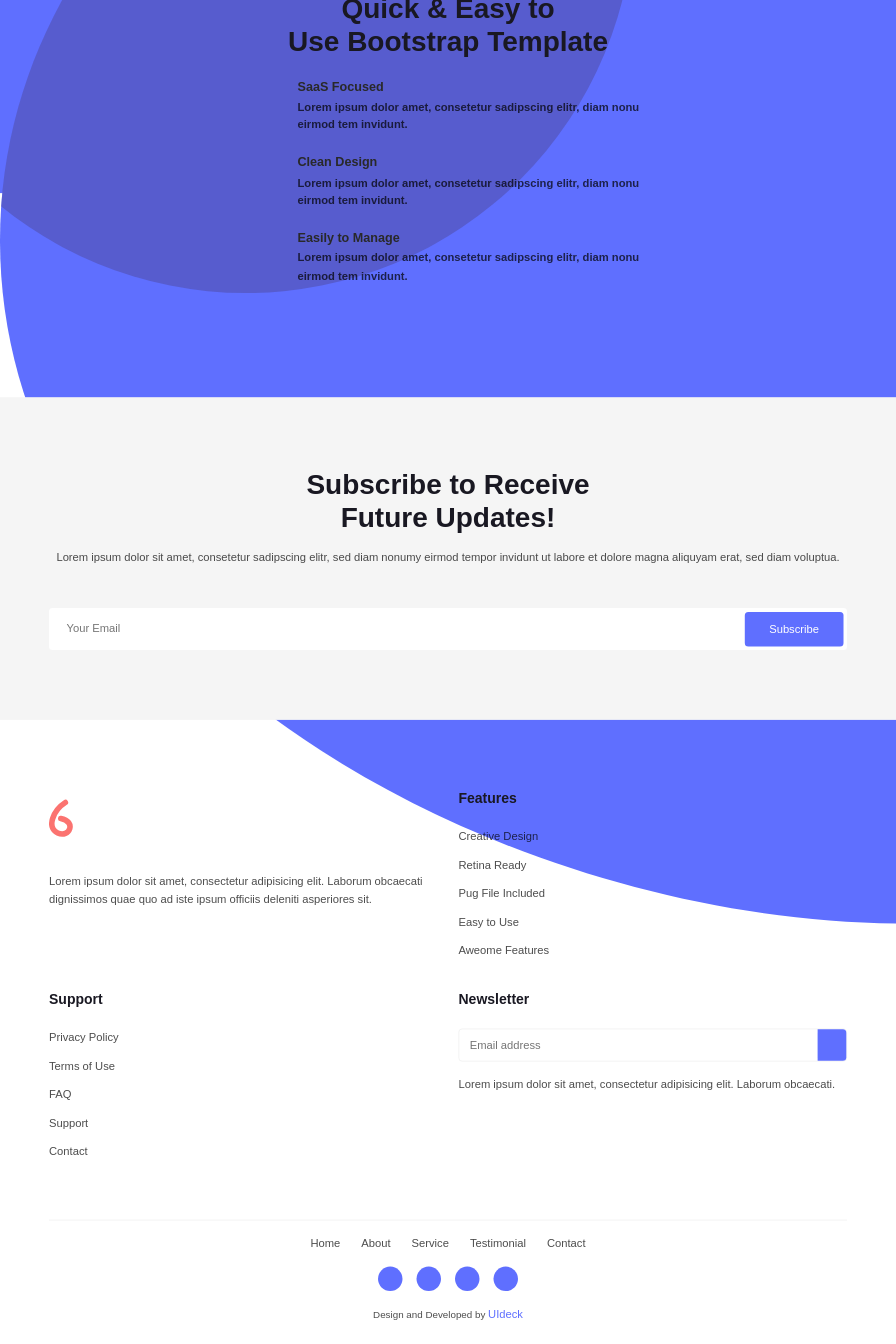
Repository: Denis793/blaze
Page: /
The author's editor kept a copy of each file at every save. The page is drawn from the files as they stood at one save, then again after the next save.
The browser window is 1280 px wide. The pictures show the part of the page from y = 4008 to 5928 px (the page is 5928 px tall before and 5873 px after), at 70% of full size.
The project was rebuilt for these pictures with package versions that can differ from the ones it lists, and the page was loaded fresh each time. Also part of the build but not shown: vite.config.js.

Above is the page before, as saved 2025-10-14 19:08:05.

### index.html
<!doctype html>
<html lang="en">
  <head>
    <meta charset="UTF-8" />
    <link rel="icon" type="image/svg+xml" href="/vite.svg" />
    <meta name="viewport" content="width=device-width, initial-scale=1.0" />
    <title>blaze</title>
  </head>
  <body>
    <div id="root"></div>
    <script type="module" src="/src/main.jsx"></script>
  </body>
</html>

### src/main.jsx
import { StrictMode } from 'react';
import { createRoot } from 'react-dom/client';
import App from './App.jsx';
import '@/shared/styles/main.scss';

createRoot(document.getElementById('root')).render(
  <StrictMode>
    <App />
  </StrictMode>
);

### src/App.jsx
import React, { useState, useEffect } from 'react';
import { Header } from '@/layout/Header';
import { Hero } from '@/widgets/Hero';
import { Brands } from '@/widgets/Brands';
import { Features } from '@/widgets/Features';
import { Newsletter } from '@/widgets/Newsletter';
import { Footer } from '@/layout/Footer';
import { Preloader } from '@/shared/ui/Preloader';

const App = () => {
  const [loading, setLoading] = useState(true);

  useEffect(() => {
    const timer = setTimeout(() => {
      setLoading(false);
    }, 1000);
    return () => clearTimeout(timer);
  }, []);

  return (
    <>
      {loading && <Preloader />}

      <Header />
      <main>
        <Hero />
        <Brands />
        <Features />
        <Newsletter />
      </main>
      <Footer />

      <a href="#home" className="scroll-top btn-hover">
        <i className="lni lni-chevron-up"></i>
      </a>
    </>
  );
};

export default App;

### src/shared/styles/main.scss
@use 'variables' as *;
@use 'common' as *;

### src/shared/styles/_variables.scss
:root {
  /* COLORS */
  --primary-color: #5f6fff;
  --heading-color: #ffffff;
  --title-color: #161616;
  --body-color: rgba(0, 0, 0, 0.7);
  --light-bg: #f5f5f5;
  --border-color: #eee;
  --link-hover-color: var(--primary-color);

  /* FONTS */
  --font-family-base: 'Sen', sans-serif;
  --font-weight-normal: 400;
  --font-weight-bold: 700;
  --font-weight-extra-bold: 800;

  /* SPACING */
  --spacer-md: 1rem;
  --section-padding-y: 12rem; /* 120px */

  /* FONT SIZES */
  --fs-body: 1.6rem; /* 16px */
  --fs-a: 1.6rem; /* 16px */
  --fs-p: 1.6rem; /* 16px */
  --fs-h1: 5rem; /* 50px */
  --fs-h2: 4rem; /* 40px - зменшено з 4.5rem (45px) для типографічної консистентності */
  --fs-h3: 2.8rem; /* 28px */
  --fs-h4: 1.8rem; /* 18px */

  /* HEADING COLORS */
  --color-h1: #191822; /* Виправлено на основі main.css */
  --color-h2: #191822;
  --color-h3: #191822;
  --color-h4: #292929;

  --color-description: rgba(0, 0, 0, 0.7); /* Використовуємо body-color */
}

$breakpoint-s: 76.8rem;
$breakpoint-m: 99.2rem;
$breakpoint-l: 120rem;
$breakpoint-xl: 140rem;

### src/shared/styles/_common.scss
@use 'variables' as *;

html {
  scroll-behavior: smooth;
  font-size: 62.5%;
}

body {
  font-family: var(--font-family-base);
  font-weight: var(--font-weight-normal);
  font-style: normal;
  font-size: var(--fs-body);
  color: var(--body-color);
  overflow-x: hidden;
  line-height: 1.6;
}

*,
*::before,
*::after {
  margin: 0;
  padding: 0;
  box-sizing: border-box;
}

a {
  font-size: var(--fs-a);
  color: var(--body-color);
}

a,
a:focus,
a:hover {
  text-decoration: none;
  transition: all 0.3s ease-out 0s;
}

a:hover {
  color: var(--link-hover-color);
}

h1,
h2,
h3,
h4 {
  font-family: var(--font-family-base);
  line-height: 1.2;
}

h1 {
  font-size: var(--fs-h1);
  color: var(--color-h1);
}

h2 {
  font-size: var(--fs-h2);
  font-weight: var(--font-weight-extra-bold);
  color: var(--color-h2);
  margin-bottom: 1rem;
}

h3 {
  font-size: var(--fs-h3);
  color: var(--color-h3);
}

h4 {
  font-size: var(--fs-h4);
  color: var(--color-h4);
}

p {
  font-size: var(--fs-p);
  color: var(--color-description);
  line-height: 1.6;
}

.color1 {
  background-color: #5f6fff;
}
.color2 {
  background-color: #38bdf8;
}
.color3 {
  background-color: #10b981;
}

.container {
  max-width: 117rem;
  width: 100%;
  margin: 0 auto;
  padding: 0 1.5rem;
}

### src/layout/Header/Header.jsx
import { useState } from 'react';
import { Logo } from '@/shared/ui/Logo';
import { Button } from '@/shared/ui/Button';
import { NavLink } from '@/shared/ui/NavLink';
import styles from './Header.module.scss';

const navItems = [
  { href: '#home', label: 'Home', isActive: true },
  { href: '#features', label: 'Features' },
  { href: '#0', label: 'Team' },
  { href: '#0', label: 'Testimonial' },
  { href: '#0', label: 'Pricing' },
];

export const Header = () => {
  const [isMenuOpen, setIsMenuOpen] = useState(false);

  const toggleMenu = () => {
    setIsMenuOpen(!isMenuOpen);
  };

  return (
    <header className={styles.header}>
      <div className={styles.navbarArea}>
        <div className="container">
          <nav className={styles.navbar}>
            <Logo href="index.html" />

            <button className={styles.toggler} onClick={toggleMenu} aria-label="Toggle navigation">
              <span className={styles.togglerIcon}></span>
              <span className={styles.togglerIcon}></span>
              <span className={styles.togglerIcon}></span>
            </button>

            <div className={`${styles.menuBar} ${isMenuOpen ? styles.open : ''}`}>
              <ul className={styles.navbarNav}>
                {navItems.map((item) => (
                  <li key={item.label} className={styles.navItem}>
                    <NavLink href={item.href} isActive={item.isActive}>
                      {item.label}
                    </NavLink>
                  </li>
                ))}
              </ul>
            </div>

            <div className={styles.headerBtn}>
              <Button href="#0" variant="primary" className={styles.headerButton}>
                Download
              </Button>
            </div>
          </nav>
        </div>
      </div>
    </header>
  );
};

### src/widgets/Hero/Hero.jsx
import { Button } from '@/shared/ui/Button';
import heroImg from '@/assets/images/hero/hero-image.svg';
import styles from './Hero.module.scss';

export const Hero = () => {
  return (
    <section id="home" className={styles.heroSection}>
      <div className="container">
        <div className={styles.heroGrid}>
          <div className={styles.heroContent}>
            <h1>
              You are using free lite version of <span>Blaze</span>
            </h1>
            <p>
              Please, purchase full version of the template to get all sections, elements and permission to remove
              footer credits.
            </p>
            <Button href="#0" variant="primary" className="btn-hover">
              Buy Now
            </Button>
          </div>
          <div className={styles.heroImage}>
            <img src={heroImg} alt="Hero Illustration" />
          </div>
        </div>
      </div>
    </section>
  );
};

### src/widgets/Brands/Brands.jsx
import BrandGrays from '@/assets/images/brands/graygrids.svg';
import BrandLine from '@/assets/images/brands/lineicons.svg';
import BrandUiDeck from '@/assets/images/brands/uideck.svg';
import BrandPageBulb from '@/assets/images/brands/pagebulb.svg';
import styles from './Brands.module.scss';

const brandsList = [
  { src: BrandGrays, alt: 'GrayGrids Logo' },
  { src: BrandLine, alt: 'LineIcons Logo' },
  { src: BrandUiDeck, alt: 'UiDeck Logo' },
  { src: BrandPageBulb, alt: 'PageBulb Logo' },
];

export const Brands = () => {
  return (
    <section className={styles.brandsSection}>
      <div className="container">
        <div className={styles.brandsGrid}>
          {brandsList.map((brand, index) => (
            <div key={index} className={styles.singleBrands}>
              <img src={brand.src} alt={brand.alt} />
            </div>
          ))}
        </div>
      </div>
    </section>
  );
};

### src/widgets/Newsletter/Newsletter.jsx
import styles from './Newsletter.module.scss';
import { Button } from '@/shared/ui/Button';

export const Newsletter = () => {
  return (
    <section id="newsletter" className={styles.newsletterSection}>
      <div className="container">
        <div className={styles.newsletterInner}>
          <div className={styles.contentWrapper}>
            <h2>
              Subscribe to Receive <span className={styles.desktopBr}>Future Updates!</span>
            </h2>
            <p>
              Lorem ipsum dolor sit amet, consetetur sadipscing elitr, sed diam nonumy eirmod tempor invidunt ut labore
              et dolore magna aliquyam erat, sed diam voluptua.
            </p>
          </div>
          <div className={styles.formWrapper}>
            <form action="#" method="POST" className={styles.newsletterForm}>
              <input type="email" placeholder="Your Email" required />
              <Button type="submit" variant="primary" className={styles.submitBtn}>
                Subscribe
              </Button>
            </form>
          </div>
        </div>
      </div>
    </section>
  );
};

### src/layout/Footer/Footer.jsx
import styles from './Footer.module.scss';
import { Logo } from '@/shared/ui/Logo';
import { Button } from '@/shared/ui/Button';

const menuItems = [
  { href: '#0', label: 'Home' },
  { href: '#0', label: 'About' },
  { href: '#0', label: 'Service' },
  { href: '#0', label: 'Testimonial' },
  { href: '#0', label: 'Contact' },
];

const socialLinks = [
  { icon: 'lni-facebook-filled', href: '#0' },
  { icon: 'lni-linkedin-original', href: '#0' },
  { icon: 'lni-instagram-filled', href: '#0' },
  { icon: 'lni-twitter-filled', href: '#0' },
];

export const Footer = () => {
  return (
    <footer className={styles.footer}>
      <div className="container">
        <div className={styles.footerTop}>
          <div className={styles.footerWidget}>
            <div className={styles.footerLogo}>
              <Logo href="#0" />
            </div>
            <p className={styles.text}>
              Lorem ipsum dolor sit amet, consectetur adipisicing elit. Laborum obcaecati dignissimos quae quo ad iste
              ipsum officiis deleniti asperiores sit.
            </p>
          </div>

          <div className={styles.footerWidget}>
            <h4 className={styles.widgetTitle}>Features</h4>
            <ul className={styles.widgetLinks}>
              <li>
                <a href="#0">Creative Design</a>
              </li>
              <li>
                <a href="#0">Retina Ready</a>
              </li>
              <li>
                <a href="#0">Pug File Included</a>
              </li>
              <li>
                <a href="#0">Easy to Use</a>
              </li>
              <li>
                <a href="#0">Aweome Features</a>
              </li>
            </ul>
          </div>

          <div className={styles.footerWidget}>
            <h4 className={styles.widgetTitle}>Support</h4>
            <ul className={styles.widgetLinks}>
              <li>
                <a href="#0">Privacy Policy</a>
              </li>
              <li>
                <a href="#0">Terms of Use</a>
              </li>
              <li>
                <a href="#0">FAQ</a>
              </li>
              <li>
                <a href="#0">Support</a>
              </li>
              <li>
                <a href="#0">Contact</a>
              </li>
            </ul>
          </div>

          <div className={styles.footerWidget}>
            <h4 className={styles.widgetTitle}>Newsletter</h4>
            <div className={styles.newsletterFormWrapper}>
              <form action="#" method="POST" className={styles.newsletterForm}>
                <input type="email" placeholder="Email address" required />
                <Button type="submit" variant="primary" className={styles.submitBtn}>
                  <i className="lni lni-chevron-right"></i>
                </Button>
              </form>
            </div>
            <p className={styles.text}>Lorem ipsum dolor sit amet, consectetur adipisicing elit. Laborum obcaecati.</p>
          </div>
        </div>

        <div className={styles.footerBottom}>
          <div className={styles.footerMenu}>
            <ul>
              {menuItems.map((item) => (
                <li key={item.label}>
                  <a href={item.href}>{item.label}</a>
                </li>
              ))}
            </ul>
          </div>
          <div className={styles.footerSocial}>
            <ul>
              {socialLinks.map((link) => (
                <li key={link.icon}>
                  <a href={link.href}>
                    <i className={`lni ${link.icon}`}></i>
                  </a>
                </li>
              ))}
            </ul>
          </div>
        </div>

        {/* Copyright */}
        <div className={styles.copyrightArea}>
          <p className={styles.copyrightText}>
            Design and Developed by{' '}
            <a href="https://uideck.com" rel="nofollow noopener" target="_blank">
              UIdeck
            </a>
          </p>
        </div>
      </div>

      {/* Scroll Top Button */}
      <a href="#top" className={styles.scrollTop}>
        <i className="lni lni-chevron-up"></i>
      </a>
    </footer>
  );
};

### src/shared/ui/Preloader/Preloader.jsx
import classNames from 'classnames';
import styles from './Preloader.module.scss';

export const Preloader = ({ isLoading }) => {
  const preloaderClasses = classNames(styles.preloader, {
    [styles.hide]: !isLoading,
  });

  return (
    <div id="preloader" className={preloaderClasses}>
      <div className={styles.loader}>
        <span></span>
        <span></span>
        <span></span>
        <span></span>
        <span></span>
        <span></span>
      </div>
    </div>
  );
};

### src/layout/Header/Header.module.scss
@use '@/shared/styles/variables' as *;

.header {
  position: absolute;
  top: 0;
  left: 0;
  width: 100%;
  z-index: 99;
}

.navbarArea {
  padding: 1.5rem 0;
}

.navbar {
  display: flex;
  align-items: center;
  justify-content: space-between;
  position: relative;
  min-height: 8rem;
}

.toggler {
  display: none;
  background: none;
  border: none;
  cursor: pointer;
  padding: 0;
  z-index: 10;

  @media (max-width: $breakpoint-m) {
    display: block;
  }
}

.togglerIcon {
  display: block;
  width: 2.5rem;
  height: 0.2rem;
  background-color: var(--color-h2);
  margin: 0.5rem 0;
  transition: all 0.3s ease-in-out;
}

.menuBar {
  display: flex;
  flex-grow: 1;
  justify-content: flex-end;
  align-items: center;

  @media (max-width: $breakpoint-m) {
    display: none;
    position: absolute;
    top: 100%;
    left: 0;
    width: 100%;
    background-color: white;
    box-shadow: 0 0.5rem 1.5rem rgba(0, 0, 0, 0.1);
    padding: 1rem 0;
  }
}

.menuBar.open {
  display: block;
}

.navbarNav {
  display: flex;
  list-style: none;
  margin-right: 3rem;

  @media (max-width: $breakpoint-m) {
    flex-direction: column;
    padding: 1rem 3rem;
  }
}

.navItem {
  margin: 0 1.5rem;

  @media (max-width: $breakpoint-m) {
    margin: 0;
    a {
      padding: 1rem 0;
    }
  }
}

.headerBtn {
  margin-left: 2rem;

  @media (max-width: $breakpoint-m) {
    display: none;
  }
}

### src/widgets/Hero/Hero.module.scss
@use '@/shared/styles/variables' as *;

.heroSection {
  padding-top: 18rem;
  padding-bottom: 12rem;
}

.heroGrid {
  display: grid;
  grid-template-columns: minmax(auto, 50rem) 1fr;
  gap: 3rem;
  align-items: center;

  @media (max-width: $breakpoint-l) {
    grid-template-columns: 1fr 1fr;
  }

  @media (max-width: $breakpoint-m) {
    grid-template-columns: 1fr;
    text-align: center;
  }
}

.heroContent {
  h1 {
    font-size: 5rem;
    margin-bottom: 2rem;
    line-height: 1.2;

    span {
      color: var(--primary-color);
    }
  }
  p {
    font-size: 1.8rem;
    margin-bottom: 3rem;
  }
}

.heroImage {
  text-align: right;

  img {
    max-width: 100%;
    height: auto;
  }

  @media (max-width: $breakpoint-m) {
    order: -1;
    margin-bottom: 4rem;
    text-align: center;
  }
}

### src/widgets/Brands/Brands.module.scss
@use '@/shared/styles/variables' as *;

.brandsSection {
  padding-top: 12rem;
  padding-bottom: 12rem;
}

.brandsGrid {
  display: grid;
  grid-template-columns: repeat(4, 1fr);
  align-items: center;
  gap: 2rem;

  @media (max-width: $breakpoint-s) {
    grid-template-columns: repeat(2, 1fr);
  }
}

.singleBrands {
  display: flex;
  justify-content: center;
  align-items: center;
  padding: 1rem;

  img {
    max-width: 100%;
    height: auto;
    opacity: 0.7;
    transition: opacity 0.3s ease;

    &:hover {
      opacity: 1;
    }
  }
}

### src/widgets/Newsletter/Newsletter.module.scss
@use '@/shared/styles/variables' as *;

.newsletterSection {
  background-color: var(--light-bg);
  padding: 10rem 0;
}

.newsletterInner {
  display: grid;
  grid-template-columns: 1fr auto;
  gap: 3rem;
  align-items: center;

  @media (max-width: $breakpoint-l) {
    grid-template-columns: 1fr;
    text-align: center;
  }
}

.contentWrapper {
  h2 {
    font-size: var(--fs-h2);
    margin-bottom: 2rem;
  }
  p {
    margin-bottom: 0;
  }

  @media (max-width: $breakpoint-l) {
    margin-bottom: 3rem;
  }
}

.desktopBr {
  display: block;
}

.newsletterForm {
  display: flex;
  align-items: center;
  position: relative;
  background-color: var(--heading-color);
  border-radius: 0.5rem;
  padding: 0.5rem;

  input[type='email'] {
    width: 100%;
    height: 5rem;
    padding: 0 2rem;
    border: none;
    background: none;
    font-size: 1.6rem;
    &:focus {
      outline: none;
    }
  }
}

.submitBtn {
  flex-shrink: 0;
}

### src/shared/ui/Preloader/Preloader.module.scss
@use '@/shared/styles/variables' as *;

.preloader {
  position: fixed;
  top: 0;
  left: 0;
  width: 100%;
  height: 100%;
  z-index: 9999;
  background-color: var(--heading-color);
  display: flex;
  justify-content: center;
  align-items: center;
  transition: all 0.5s ease-out;
}

.hide {
  opacity: 0;
  visibility: hidden;
}

.loader {
  display: flex;
  justify-content: center;
  align-items: center;
}

.loader span {
  width: 1.5rem;
  height: 1.5rem;
  margin: 0 0.3rem;
  background-color: var(--primary-color);
  border-radius: 50%;
  opacity: 0;
  animation: loading 1.5s infinite ease-in-out;
}

.loader span:nth-child(1) {
  animation-delay: 0.1s;
}

.loader span:nth-child(2) {
  animation-delay: 0.2s;
}

.loader span:nth-child(3) {
  animation-delay: 0.3s;
}

.loader span:nth-child(4) {
  animation-delay: 0.4s;
}

.loader span:nth-child(5) {
  animation-delay: 0.5s;
}

.loader span:nth-child(6) {
  animation-delay: 0.6s;
}

@keyframes loading {
  0% {
    opacity: 0;
    transform: scale(0.5);
  }
  50% {
    opacity: 1;
    transform: scale(1);
  }
  100% {
    opacity: 0;
    transform: scale(0.5);
  }
}

### src/shared/ui/Logo/Logo.jsx
import logo from '@/assets/images/logo/logo.svg';
import styles from './Logo.module.scss';

export const Logo = ({ href, ...props }) => {
  return (
    <a href={href} className={styles.logo} {...props}>
      <img src={logo} alt="Blaze Logo" />
    </a>
  );
};

### src/shared/ui/Button/Button.jsx
import styles from './Button.module.scss';
import classNames from 'classnames';

export const Button = ({ children, variant = 'primary', href, className, ...props }) => {
  const buttonClasses = classNames(styles.button, className, {
    [styles.primary]: variant === 'primary',
    [styles.border]: variant === 'border',
    [styles.hover]: variant === 'hover',
  });

  if (href) {
    return (
      <a href={href} className={buttonClasses} {...props}>
        {children}
      </a>
    );
  }

  return (
    <button className={buttonClasses} {...props}>
      {children}
    </button>
  );
};

### src/shared/ui/NavLink/NavLink.jsx
import classNames from 'classnames';
import styles from './NavLink.module.scss';

export const NavLink = ({ children, href, isActive, className, ...props }) => {
  const linkClasses = classNames(styles.navLink, className, {
    [styles.active]: isActive,
  });

  return (
    <a href={href} className={linkClasses} {...props}>
      {children}
    </a>
  );
};

### src/shared/ui/Logo/Logo.module.scss
.logo {
  display: inline-block;
  padding: 1rem 0;
}

### src/shared/ui/Button/Button.module.scss
@use '@/shared/styles/variables' as *;

.button {
  display: inline-block;
  padding: 1.5rem 3.5rem;
  font-size: 1.6rem;
  font-weight: 500;
  border-radius: 0.5rem;
  text-align: center;
  transition: all 0.3s ease-in-out;
  cursor: pointer;
  text-decoration: none;
  border: none;
  line-height: 1.2;
}

.primary {
  background-color: var(--primary-color);
  color: var(--heading-color);
  &.hover:hover {
    box-shadow: 0 1rem 3rem rgba(85, 88, 255, 0.5);
  }
}

.border {
  border: 0.1rem solid var(--primary-color);
  background-color: transparent;
  color: var(--primary-color);
  &:hover {
    background-color: var(--primary-color);
    color: var(--heading-color);
  }
}

### src/shared/ui/NavLink/NavLink.module.scss
@use '@/shared/styles/variables' as *;

.navLink {
  display: block;
  font-size: 1.6rem;
  font-weight: 500;
  color: var(--body-color);
  padding: 1rem 0;
  position: relative;

  &:hover,
  &.active {
    color: var(--primary-color);
  }
}

Loaded but not shown: src/layout/Header/index.js (common file); src/widgets/Hero/index.js (common file); src/layout/Footer/index.js (common file); src/shared/ui/Logo/index.js (common file); src/shared/ui/Button/index.js (common file); src/data/featureData.js (41 lines, source omitted); src/widgets/Newsletter/index.js (1 lines, source omitted); src/shared/ui/Preloader/index.js (1 lines, source omitted); src/widgets/Features/index.js (1 lines, source omitted); src/shared/ui/NavLink/index.js (1 lines, source omitted); src/widgets/Brands/index.js (1 lines, source omitted); src/widgets/Features/Features.jsx (101 lines, source omitted); src/widgets/Features/Features.module.scss (233 lines, source omitted); src/layout/Footer/Footer.module.scss (198 lines, source omitted)

After the next save:
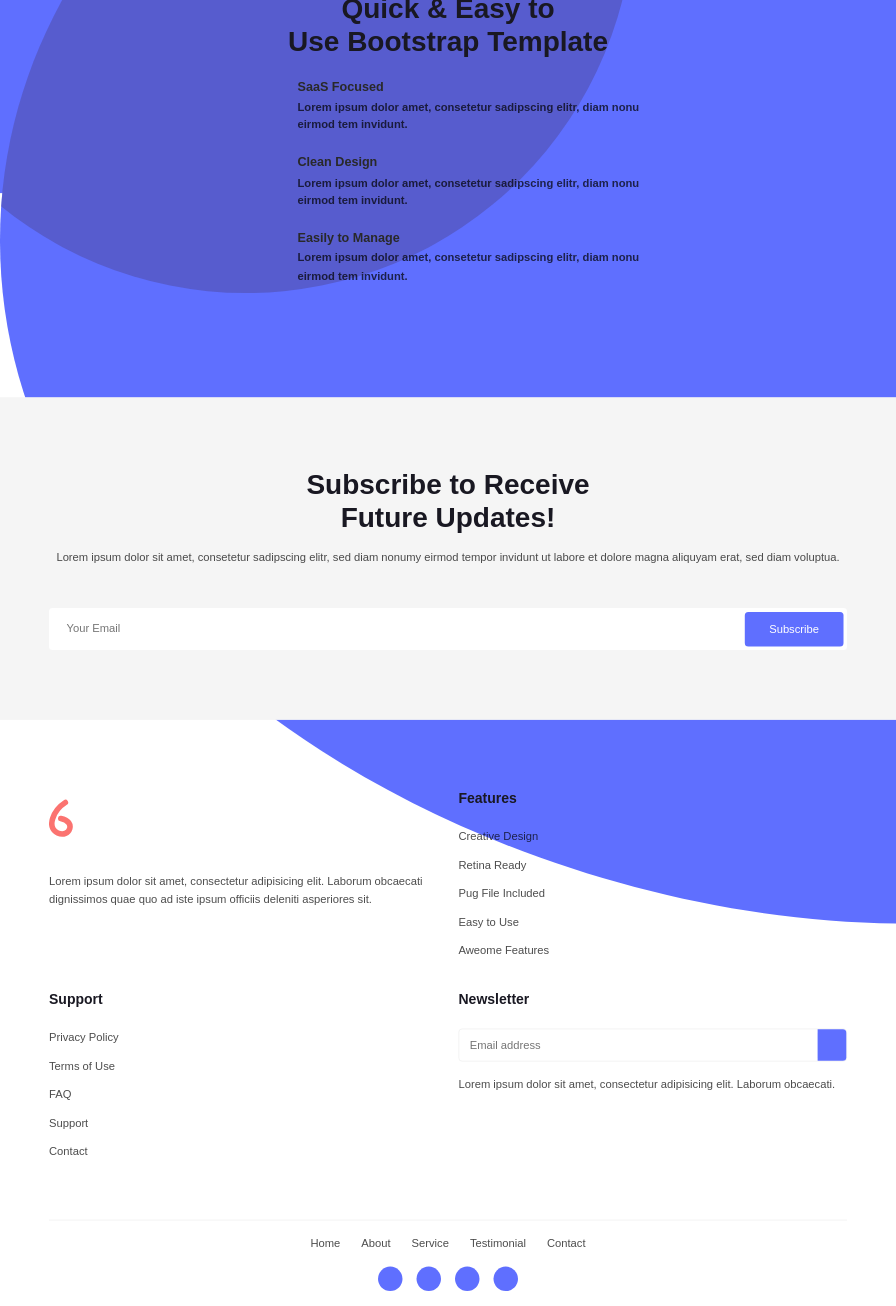
Saved 55 s later.
--- a/src/layout/Footer/Footer.jsx
+++ b/src/layout/Footer/Footer.jsx
@@ -110,19 +110,8 @@
             </ul>
           </div>
         </div>
-
-        {/* Copyright */}
-        <div className={styles.copyrightArea}>
-          <p className={styles.copyrightText}>
-            Design and Developed by{' '}
-            <a href="https://uideck.com" rel="nofollow noopener" target="_blank">
-              UIdeck
-            </a>
-          </p>
-        </div>
       </div>
 
-      {/* Scroll Top Button */}
       <a href="#top" className={styles.scrollTop}>
         <i className="lni lni-chevron-up"></i>
       </a>
